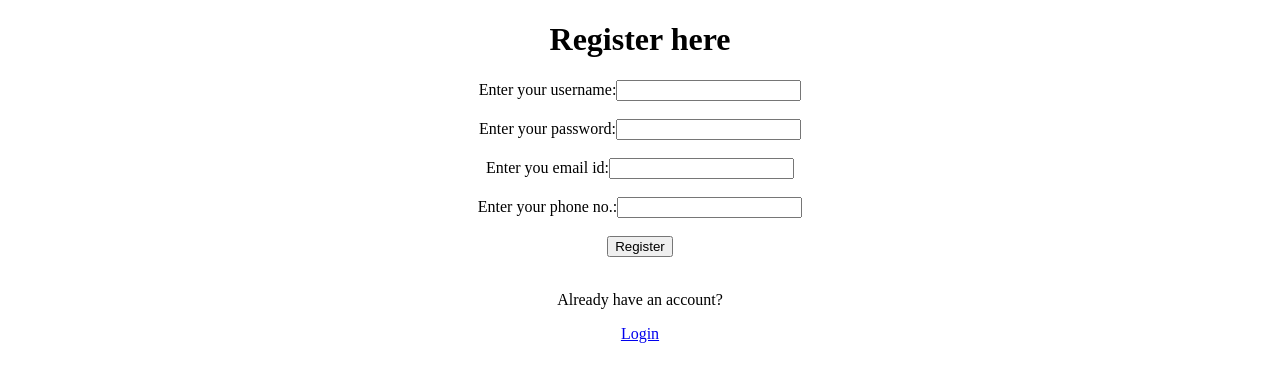
Repository: Roshni260/Integrate_Client_and_Server
Page: Loginandreg/src/main/webapp/index.html
An editor plug-in stored every save of this project. The page is shown before and after the next save, followed by the edit.
The browser window is 1280 px wide. The pictures show the whole page.

Above is the page before, as saved 2023-06-21 07:53:54.

After the next save:
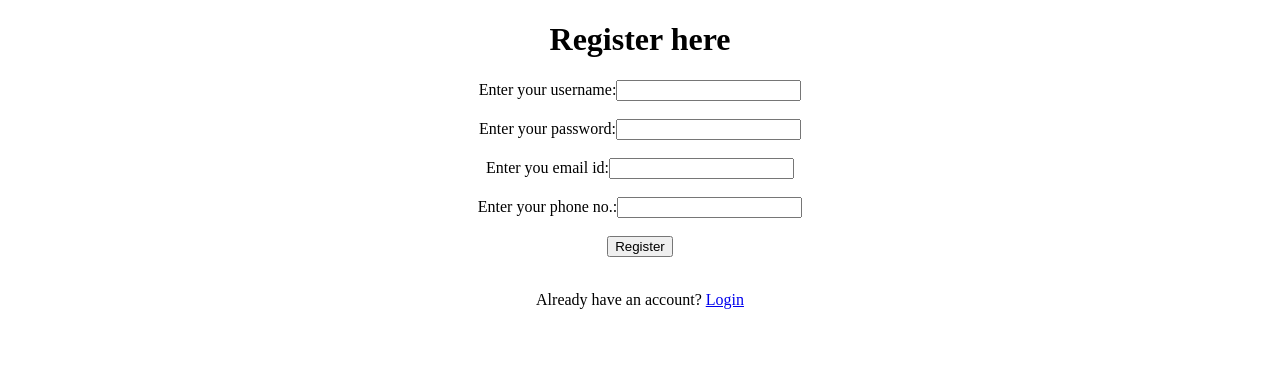
Saved 28 s later.
--- a/Loginandreg/src/main/webapp/index.html
+++ b/Loginandreg/src/main/webapp/index.html
@@ -13,8 +13,7 @@
 <label>Enter you email id:</label><input type="email" name="mail"><br><br>
 <label>Enter your phone no.:</label><input type="tel" name="mobile"><br><br>
 <input type="submit" value="Register"><br><br>
-<p>Already have an account?</p>
-<a href="login.html">Login</a>
+<p>Already have an account? <a href="login.html">Login</a></p>
 </form></div>
 </body>
 </html>
